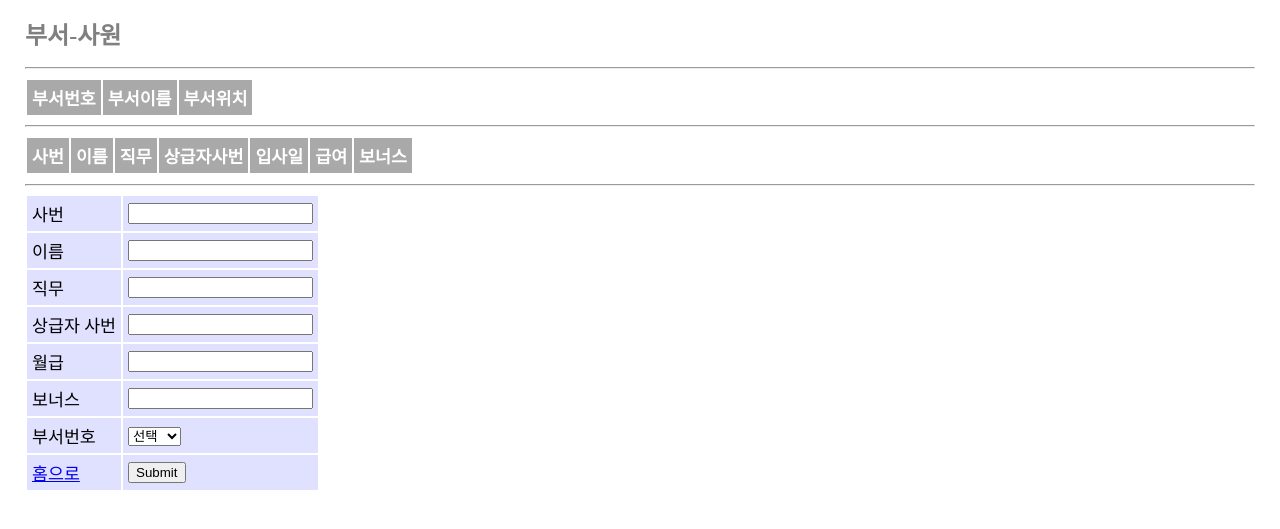
Repository: xlwpdlkim0417/STS4
Page: http://localhost/_sb0322-1/WEB-INF/views/root.jsp
The author's editor kept a copy of each file at every save. The page is drawn from the files as they stood at one save, then again after the next save.
The browser window is 1280 px wide. The pictures show the whole page.
The page is served by Tomcat 9. Nobody is signed in. Other server files are loaded and not shown. The template is opened directly, without the code that normally fills it, so the values that code supplies are empty.

Above is the page before, as saved 2024-03-22 08:55:31.

### _sb0322-1/src/main/webapp/WEB-INF/views/root.jsp
<%@ page language="java" contentType="text/html; charset=UTF-8"
	pageEncoding="UTF-8"%>
<%@ taglib prefix="c" uri="http://java.sun.com/jsp/jstl/core"%>

<!DOCTYPE HTML>
<head>
<title>top page</title>
<meta http-equiv="Content-Type" content="text/html; charset=UTF-8" />
<style>
h1 {
	font-size: 18pt;
	font-weight: bold;
	color: gray;
}

body {
	font-size: 13pt;
	color: gray;
	margin: 5px 25px;
}

tr {
	margin: 5px;
}

th {
	padding: 5px;
	color: white;
	background: darkgray;
}

td {
	padding: 5px;
	color: black;
	background: #e0e0ff;
}

.err {
	color: red;
}
</style>
</head>
<body>
	<h1>부서-사원</h1>
	<hr />
	<table>
		<tr>
			<th>부서번호</th>
			<th>부서이름</th>
			<th>부서위치</th>
		</tr>
		<c:forEach var="dept" items="${list}">
			<tr>
				<td><a href="selectEmp?deptno=${dept.deptno}">${dept.deptno}</a></td>
				<td>${dept.dname}</td>
				<td>${dept.loc}</td>
			</tr>
		</c:forEach>
	</table>
	<hr />
	<table>
		<tr>
			<th>사번</th>
			<th>이름</th>
			<th>직무</th>
			<th>상급자사번</th>
			<th>입사일</th>
			<th>급여</th>
			<th>보너스</th>
		</tr>
		<c:forEach var="emp" items="${list2}">
			<tr>
				<td><a href="updateForm?empno=${emp.empno}">${emp.empno}</a></td>
				<td><a href="updateForm?empno=${emp.empno}">${emp.ename}</a></td>
				<td>${emp.job}</td>
				<td>${emp.mgr}</td>
				<td>${emp.hiredate}</td>
				<td>${emp.sal}</td>
				<td>${emp.comm}</td>
			</tr>
		</c:forEach>
	</table>
	<hr />
	<table>
		<form method="get" action="insert">
			<tr>
				<td><label for="empno">사번</label></td>
				<td><input type="text" name="empno" /></td>
			</tr>
			<tr>
				<td><label for="ename">이름</label></td>
				<td><input type="text" name="ename" /></td>
			</tr>
			<tr>
				<td><label for="job">직무</label></td>
				<td><input type="text" name="job" /></td>
			</tr>
			<tr>
				<td><label for="mgr">상급자 사번</label></td>
				<td><input type="text" name="mgr" /></td>
			</tr>
			<tr>
				<td><label for="sal">월급</label></td>
				<td><input type="text" name="sal" /></td>
			</tr>
			<tr>
				<td><label for="comm">보너스</label></td>
				<td><input type="text" name="comm" /></td>
			</tr>
			<tr>
				<td><label for="detpno">부서번호</label></td>
				<td><select id="deptlist" name="deptno">
						<option value="" selected disabled>선택</option>
						<option value="list">list</option>
						<option value="root">root</option>
						<option value="root2">root2</option>
				</select></td>
			</tr>
			<tr>
				<td><a href="/">홈으로</a></td>
				<td><input type="submit" /></td>
			</tr>
		</form>
	</table>

</body>
</html>

After the next save:
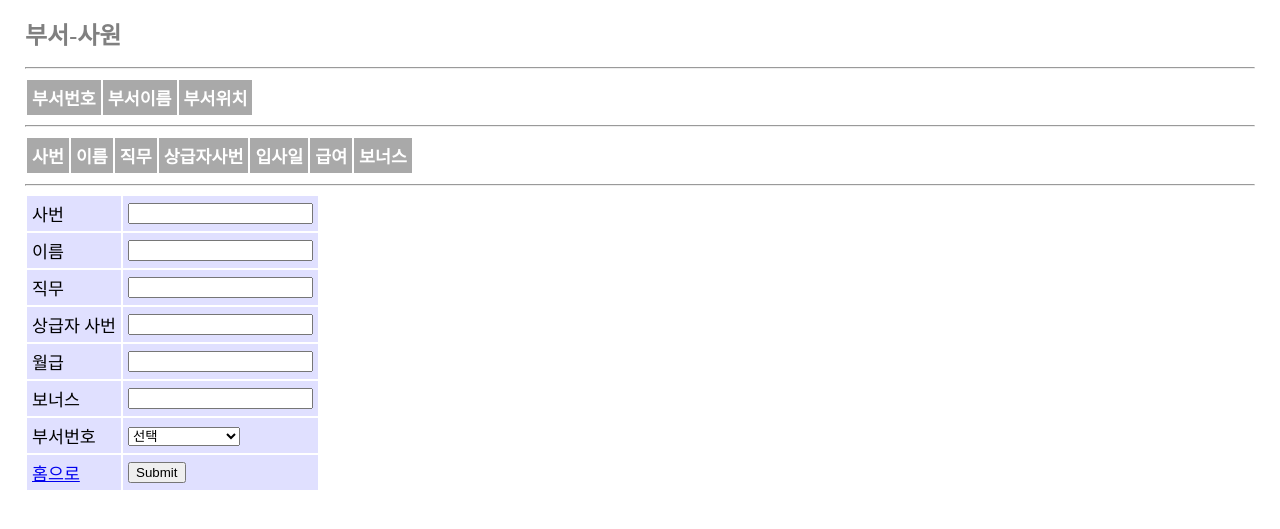
Saved 4 min 43 s later.
--- a/_sb0322-1/src/main/webapp/WEB-INF/views/root.jsp
+++ b/_sb0322-1/src/main/webapp/WEB-INF/views/root.jsp
@@ -111,9 +111,10 @@ td {
 				<td><label for="detpno">부서번호</label></td>
 				<td><select id="deptlist" name="deptno">
 						<option value="" selected disabled>선택</option>
-						<option value="list">list</option>
-						<option value="root">root</option>
-						<option value="root2">root2</option>
+						<option value="list">ACCOUNTING</option>
+						<option value="root">RESEARCH</option>
+						<option value="root2">SALES</option>
+						<option value="root2">SALES</option>
 				</select></td>
 			</tr>
 			<tr>
